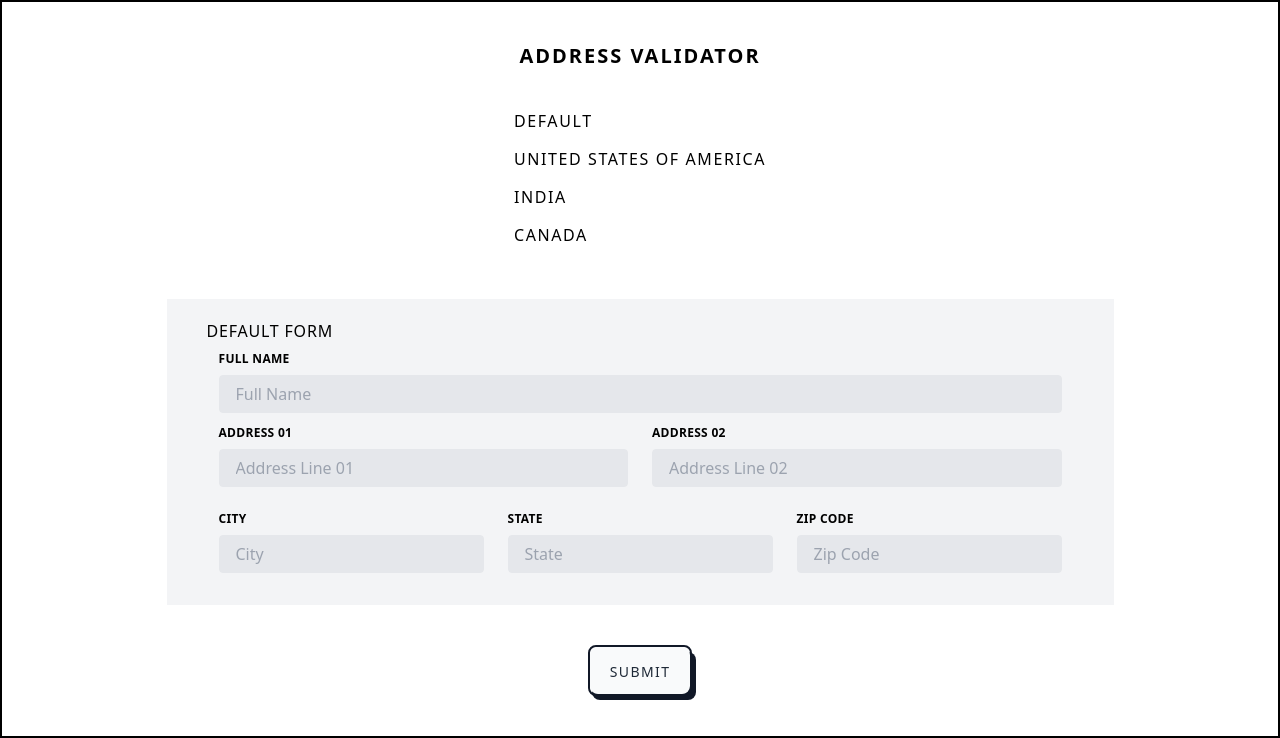
Repository: jay-singhvi/SWArchDesign_TeamProject
Page: / (app in frontend/address-validation/)
These files come from the project's save history. The page is drawn as it stood at one moment and after the next save; the edit follows.
The browser window is 1280 px wide. The pictures show the whole page.
The project was rebuilt for these pictures with package versions that can differ from the ones it lists, and the page was loaded fresh each time. Also part of the build but not shown: frontend/address-validation/src/App.css.

Above is the page before, as saved 2023-03-07 15:27:36.

After the next save:
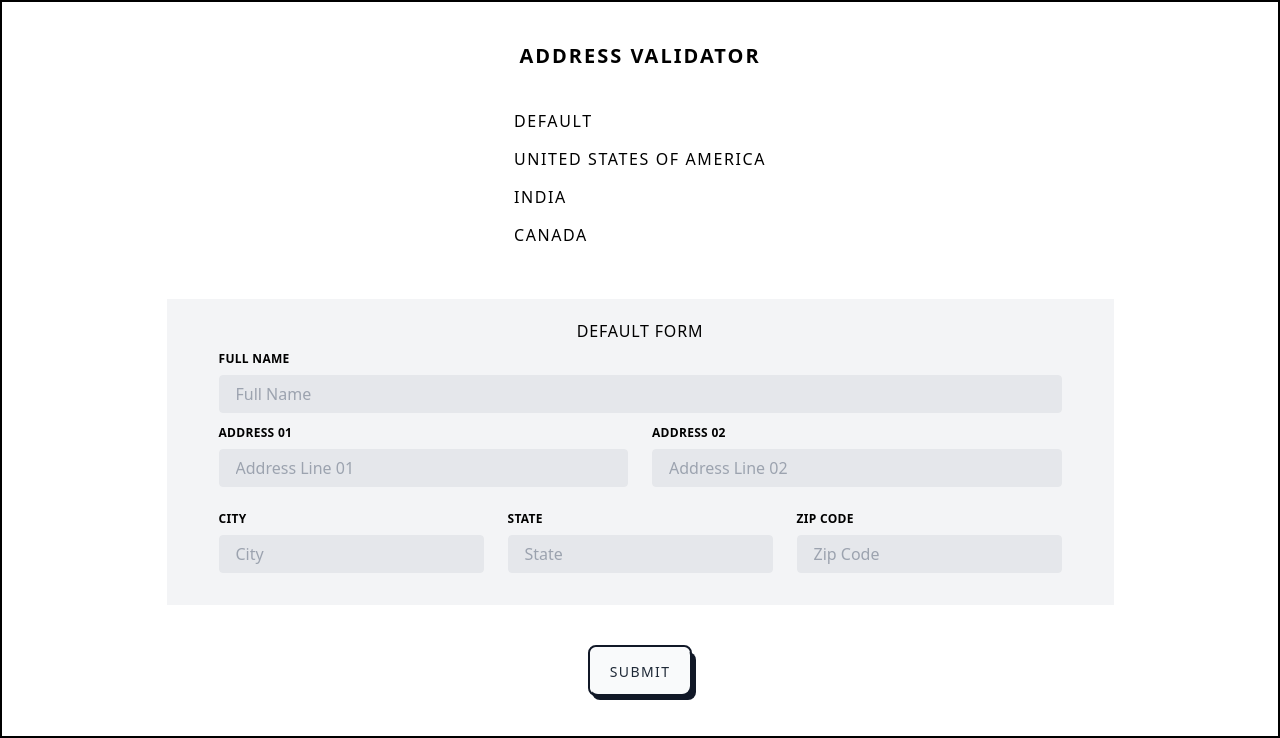
Saved 31 s later.
--- a/frontend/address-validation/src/App.js
+++ b/frontend/address-validation/src/App.js
@@ -610,7 +610,7 @@ function DefaultForm({ setFormData }) {
 
   return (
     <div className=" bg-gray-100 items-center mt-6 px-10 py-5">
-      <h2 className="uppercase tracking-wider font-medium">Default Form</h2>
+      <h2 className="uppercase tracking-wider font-medium text-center">Default Form</h2>
 
       <div className=" mt-2 space-y-3">
         <div className="w-full px-3 mb-3">
